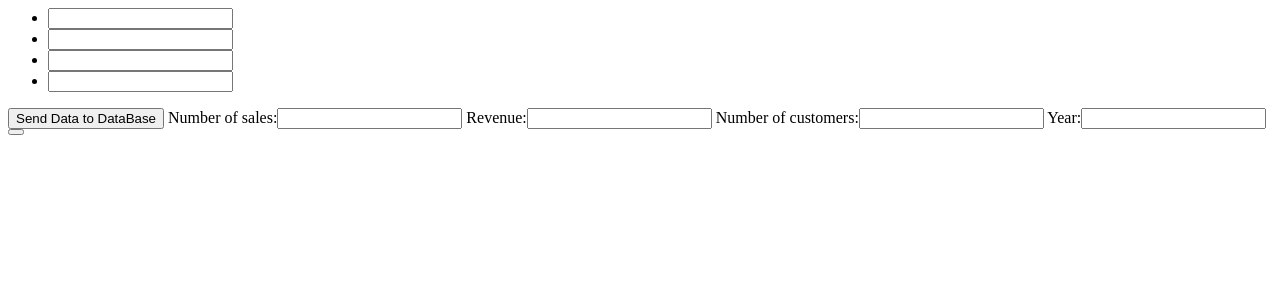
Repository: EmmanuelKeifala/Hackathon
Page: http://localhost/upload/
These files come from the project's save history. The page is drawn as it stood at one moment and after a run of saves; the edit follows.
The browser window is 1280 px wide. The pictures show the whole page.
The page is served by the project's application, run on Django 3.2 (manage.py). Other server files are loaded and not shown.

Above is the page before, as saved 2022-10-29 02:34:09.

### users/templates/users/upload.html
<form method="POST" action="{% url 'upload'%}" entypr="multipart/form-data">
  {% csrf_token %}
  <ul class="contactList">
    <li id="subject" class="contact">{{ form.number_of_sales }}</li>
    <li id="email" class="contact">{{ form.revenue }}</li>
    <li id="message" class="contact">{{ form.number_of_customers }}</li>
    <li id="message" class="contact">{{ form.year }}</li>
  </ul>
  <input type="submit" value="Send Data to DataBase" />
  {{form}}

  <button></button>
</form>

### users/forms.py
from django.contrib.auth.models import User
from django.contrib.auth.forms import UserCreationForm
from django import forms
from django.forms import ModelForm
from .models import Enterpreneur


class UserRegisterForm(UserCreationForm):
    email = forms.EmailField()

    class Meta:
        model = User
        fields = ['username', 'email', 'password1', 'password2']


class BusinessData(ModelForm):
    number_of_sales = forms.SlugField()
    revenue = forms.SlugField()
    number_of_customers = forms.SlugField()
    year = forms.IntegerField()

    class Meta:
        model = Enterpreneur
        fields = ['number_of_sales', 'revenue', 'number_of_customers', "year"]

### users/models.py
import email
from enum import auto
from unicodedata import name
from django.db import models

# Create your models here.

# this is for the admin


class Admin(models.Model):
    id = models.AutoField(primary_key=True)
    name = models.TextField()
    email = models.TextField()
    password = models.TextField()
    created_at = models.DateTimeField(auto_now=True)
    update_at = models.DateTimeField(auto_now=True)
    objects = models.Manager()

# Analysts Table


class Analysts(models.Model):
    id = models.AutoField(primary_key=True)
    name = models.TextField()
    email = models.TextField()
    password = models.CharField(max_length=255)
    created_at = models.DateTimeField(auto_now=True)
    objects = models.Manager()

# this is for the Enterpreneurs table


class Trainee(models.Model):
    id = models.AutoField(primary_key=True)
    admin = models.OneToOneField(Admin, on_delete=models.CASCADE)
    analyst = models.OneToOneField(Analysts, on_delete=models.CASCADE)
    name = models.TextField()
    email = models.TextField()
    age = models.TextField()
    gender = models.TextField()
    date_of_training = models.DateTimeField(auto_now=True)
    idea = models.TextField()
    institution = models.TextField()
    qualification = models.TextField()
    location = models.TextField()
    objects = models.Manager()

    # this is for the entrepenuer


class Enterpreneur(models.Model):
    id = models.AutoField(primary_key=True)
    number_of_sales = models.TextField()
    revenue = models.TextField()
    number_of_customers = models.TextField()
    year = models.IntegerField()

### users/views.py
from django.shortcuts import render, redirect
from django.contrib.auth.forms import UserCreationForm
from .forms import UserRegisterForm
from .forms import BusinessData
from django.contrib import messages
from django.contrib.auth.decorators import login_required


def home(request):
    return render(request, 'users/home.html')


def generalusers_home(request):
    return render(request, "users/home.html")


def Analyst_home(request):
    return render(request, "users/home.html")


def upload(request):
    if request.POST:
        form = BusinessData(request.POST)
        print(request.POST)
        if form.is_valid():
            form.save()
        return redirect("/")
    return render(request, "users/upload.html", {'form': BusinessData})


def register(request):
    if request.method == "POST":
        form = UserRegisterForm(request.POST)
        if form.is_valid():
            form.save()
            username = form.cleaned_data.get('username')
            messages.success(
                request, f'Hi {username}, your account was created successfully')
            return redirect('home')
    else:
        form = UserRegisterForm()

    return render(request, 'users/register.html', {'form': form})


@login_required()
def profile(request):
    return render(request, 'users/profile.html')

### authsysproject/urls.py
"""authsysproject URL Configuration

The `urlpatterns` list routes URLs to views. For more information please see:
    https://docs.djangoproject.com/en/3.2/topics/http/urls/
Examples:
Function views
    1. Add an import:  from my_app import views
    2. Add a URL to urlpatterns:  path('', views.home, name='home')
Class-based views
    1. Add an import:  from other_app.views import Home
    2. Add a URL to urlpatterns:  path('', Home.as_view(), name='home')
Including another URLconf
    1. Import the include() function: from django.urls import include, path
    2. Add a URL to urlpatterns:  path('blog/', include('blog.urls'))
"""
from django.contrib import admin
from django.urls import path, include

urlpatterns = [
    path('admin/', admin.site.urls),
    path('', include('users.urls'))
]

### users/urls.py
from django.urls import path
from . import views
from django.contrib.auth import views as auth_view

urlpatterns = [
    path('', views.home, name='home'),
    path('register/', views.register, name='register'),
    path('profile/', views.profile, name='profile'),
    path("upload/", views.upload, name="upload"),
    path('Analyst_home/', views.Analyst_home, name='Analyst_home'),
    path('generalusers_home/', views.generalusers_home, name='generalusers_home'),
    path('login/', auth_view.LoginView.as_view(template_name='users/login.html'), name="login"),
    path('logout/', auth_view.LogoutView.as_view(template_name='users/logout.html'), name="logout"),
]

After the next 3 saves:
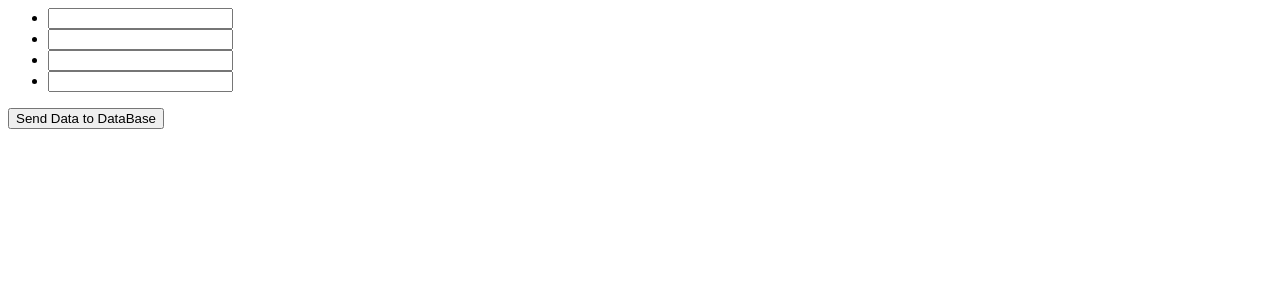
The 3 saves are shown as one change because 2 did not build or start.
The last was saved 69 s later.
--- a/users/templates/users/upload.html
+++ b/users/templates/users/upload.html
@@ -1,13 +1,12 @@
 <form method="POST" action="{% url 'upload'%}" entypr="multipart/form-data">
   {% csrf_token %}
   <ul class="contactList">
-    <li id="subject" class="contact">{{ form.number_of_sales }}</li>
-    <li id="email" class="contact">{{ form.revenue }}</li>
-    <li id="message" class="contact">{{ form.number_of_customers }}</li>
-    <li id="message" class="contact">{{ form.year }}</li>
+    <li id="number_of_sales" class="contact">{{ form.number_of_sales }}</li>
+    <li id="revenue" class="contact">{{ form.revenue }}</li>
+    <li id="number_of_customers" class="contact">
+      {{ form.number_of_customers }}
+    </li>
+    <li id="year" class="contact">{{ form.year }}</li>
   </ul>
   <input type="submit" value="Send Data to DataBase" />
-  {{form}}
-
-  <button></button>
 </form>
